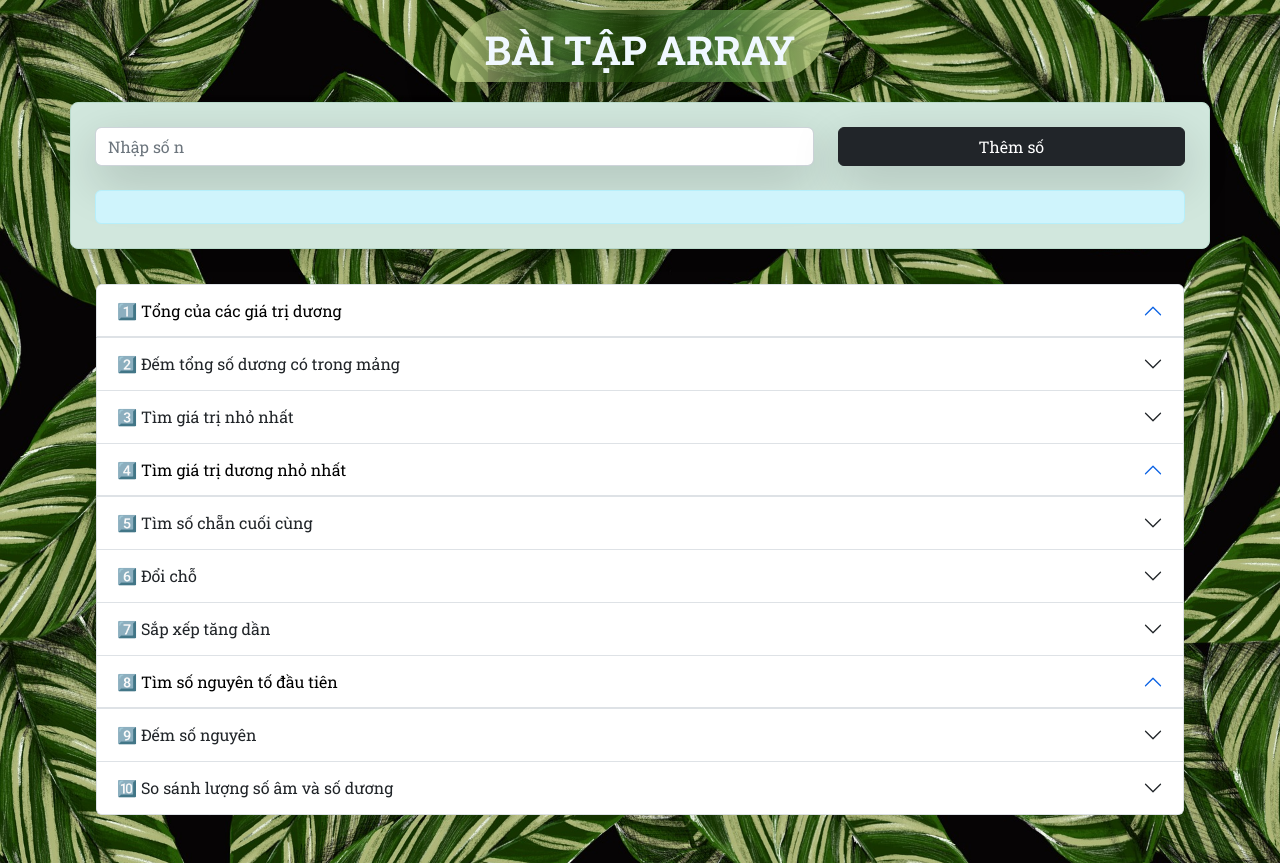
Repository: hcozyph/TranHuuPhuoc_BC43_BT_JS_Buoi7_8_ARRAY
Page: index.html
An editor plug-in stored every save of this project. The page is shown before and after the next save, followed by the edit.
The browser window is 1280 px wide. The pictures show the whole page.
Backgrounds fixed to the window are drawn as part of the page.

Above is the page before, as saved 2023-02-26 13:10:27.

After the next save:
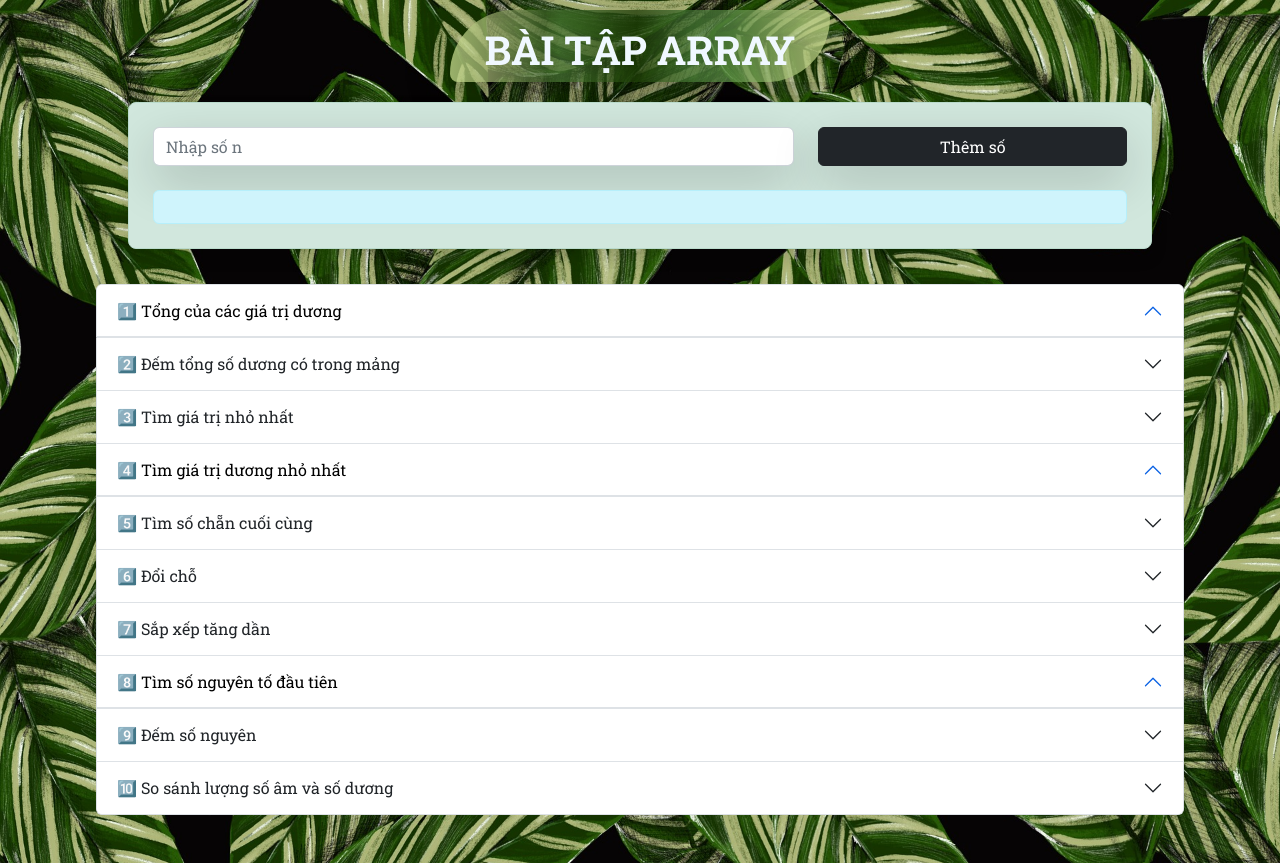
Saved 17 s later.
--- a/index.html
+++ b/index.html
@@ -51,7 +51,7 @@
                 <div
                     id="mainArray"
                     class="alert alert-success rounded-3 shadow p-4"
-                    style="margin: 20px 70px"
+                    style="margin: 20px 10%"
                 >
                     <div class="row row-cols-3">
                         <div class="col-8">
